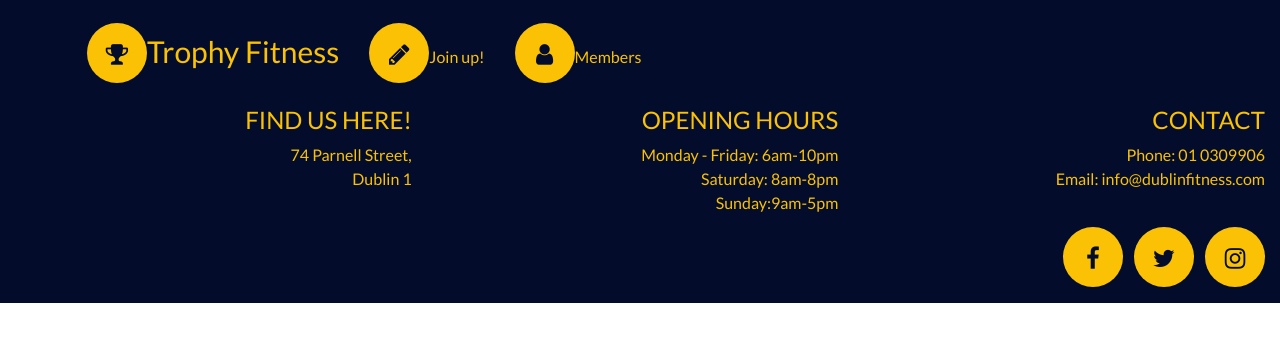
Repository: Code-Institute-Submissions/conbonbom-Milestone-project-1
Page: index.html
The author's editor kept a record of every edit. The page is drawn from the files as they stood at one moment, then again after the next edit.
The browser window is 1280 px wide. The pictures show the whole page.

Above is the page before.

After the next edit:
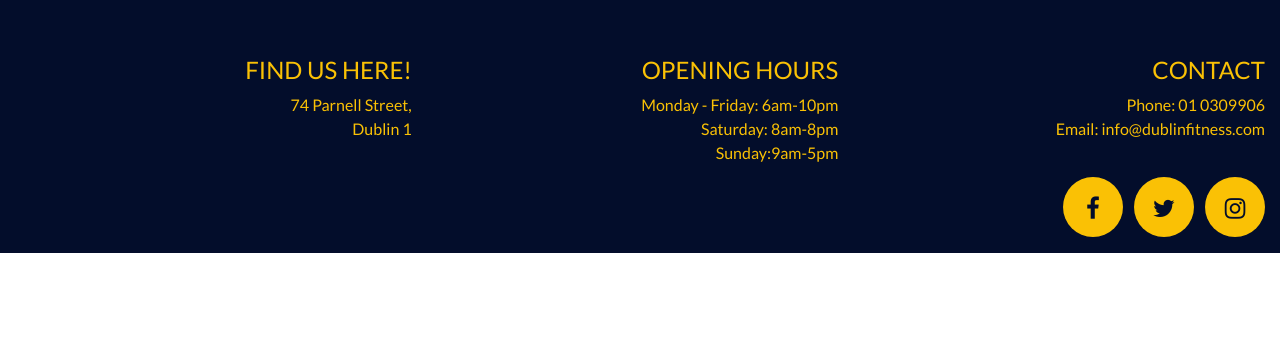
The edit:
--- a/index.html
+++ b/index.html
@@ -17,12 +17,12 @@
             <button class="navbar-toggler" type="button" data-toggle="collapse" data-target="#navbarSupportedContent" aria-controls="navbarSupportedContent" aria-expanded="false" aria-label="Toggle navigation">
     <span class="navbar-toggler-icon"></span>
   </button>
-
-            <a class="active" href="#"><i class="fa fa-trophy"></i>Trophy Fitness</a>
-
+            <div class="collapse navbar-collapse" id="navbarSupportedContent">
+                <a class="active" href="#"><i class="fa fa-trophy"></i>Trophy Fitness</a>
                 <a href="#"><i class="fa fa-pencil"></i>Join up!</a>
                 <a href="#"><i class="fa fa-user"></i>Members</a>
             </div>
+        </div>
     </header>
     <section>
 
